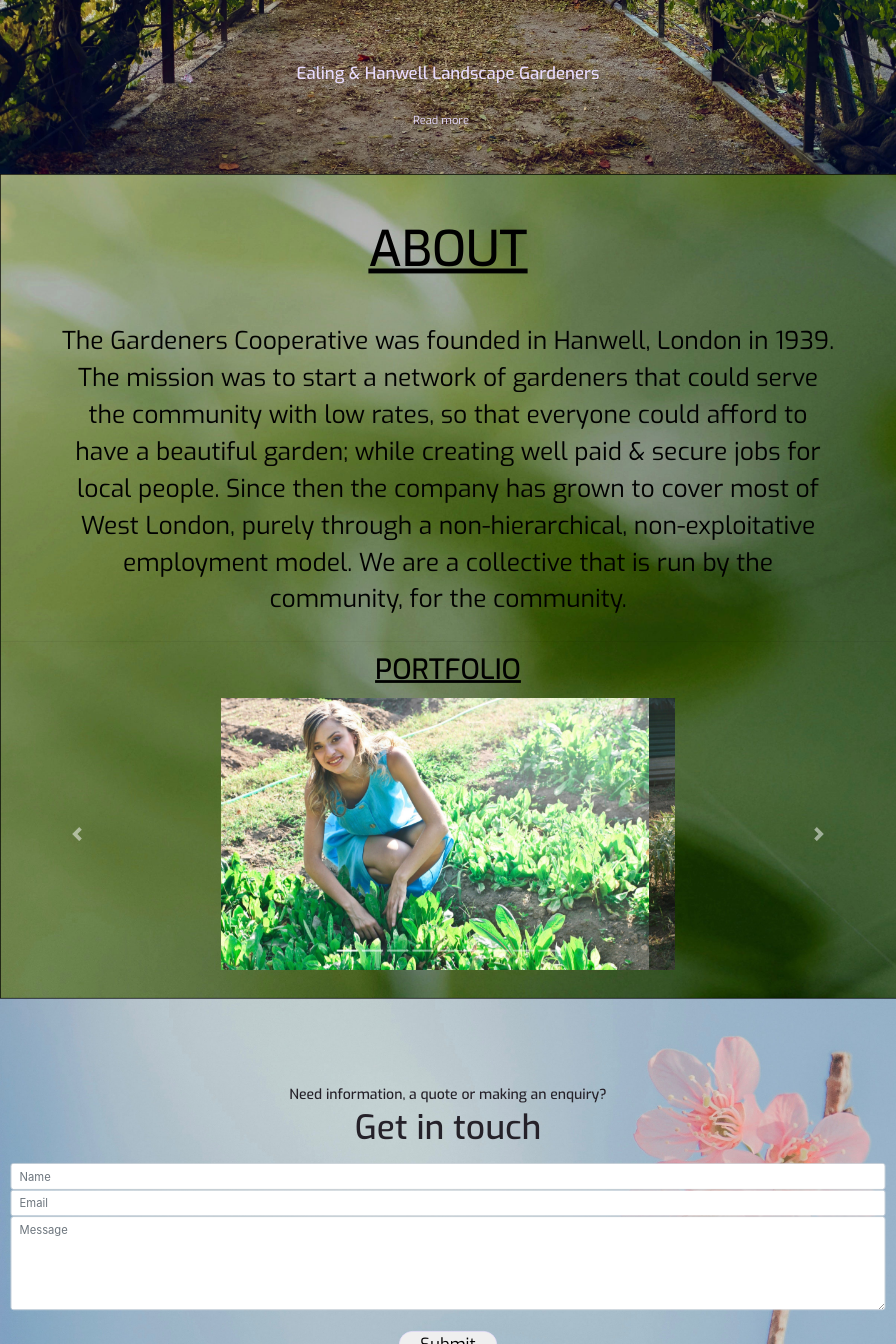
Repository: harrypars0ns/milestone-project
Page: index.html
The author's editor kept a record of every edit. The page is drawn from the files as they stood at one moment, then again after the next edit.
The browser window is 1280 px wide. The pictures show the part of the page from y = 471 to 2391 px (the page is 2568 px tall before and 2596 px after), at 70% of full size.
Backgrounds fixed to the window are drawn as part of the page.

Above is the page before.

### index.html
<!DOCTYPE html>
<html lang="en">

<head>
    <meta charset="UTF-8">
    <meta name="viewport" content="width=device-width, initial-scale=1.0">
    <meta http-equiv="X-UA-Compatible" content="ie=edge">
    <link rel="stylesheet" href="https://stackpath.bootstrapcdn.com/bootstrap/4.3.1/css/bootstrap.min.css" type="text/css" />
    <link rel="stylesheet" href="https://stackpath.bootstrapcdn.com/font-awesome/4.7.0/css/font-awesome.min.css" type="text/css" />
    <link rel="stylesheet" href="assets/css/style.css" type="text/css" />
    <title>Milestone</title>
</head>

<body>
    <!------------------------------------------------------NAV&LANDING>-->
    <div class="landing">
            <nav class='fixed-top container'>
                <div class="row">
                    <div class="col-4">
                        <a href="#about">ABOUT</a>
                    </div>
                    <div class="col-4">
                        <a href="#portfolio">PORTFOLIO</a>
                    </div>
                    <div class="col-4">
                        <a href="#contact">CONTACT</a>
                    </div>
                </div>
            </nav>


        <!-----------------------------------------TITLE---------------->



        <div id="landing" class="view">

            <div class="mask rgba-black-strong">

                <div class="container-fluid d-flex align-items-center justify-content-center h-100">

                    <div class="content row d-flex justify-content-center text-center">

                        <div class="col-md-10">

                            <h2 class="font-weight-bold pt-5 mb-2">The Gardeners Cooperative</h2>



                            <h4>Ealing & Hanwell Landscape Gardeners</h4>
                            <a class='no-underline' href="#about"><button type="button" class="btn btn-large btn-outline">Read more<i class="fas fa-book ml-2"></i></button></a>

                        </div>

                    </div>

                </div>

            </div>

        </div>
    </div>




    <!------------------------------------------------------------------ABOUT->-->



    <div class='about' id='about'>

        <div class="info text-center">
            <div class="">
                <h1>ABOUT</h1>
            </div>

            <div class="container">
                <div class="row">
                    <div class="col">
                        <p>The Gardeners Cooperative was founded in Hanwell, London in 1939. The mission was to start a network of gardeners that could serve the community with low rates, so that everyone could afford to have a beautiful garden; while creating
                            well paid & secure jobs for local people. Since then the company has grown to cover most of West London, purely through a non-hierarchical, non-exploitative employment model. We are a collective that is run by the community,
                            for the community.</p>
                    </div>

                </div>
            </div>

        </div>
        <hr>
        <!-------------------------------------------------------------------PORTFOLIO-->
        <div class="container-fluid portfolio" id='portfolio'>
            <div class="text-center">
                <h1>PORTFOLIO</h1>
            </div>
            <div class="portfolio">
                <div id="carouselExampleIndicators" class="carousel slide" data-ride="carousel">
                    <ol class="carousel-indicators">
                        <li data-target="#carouselExampleIndicators" data-slide-to="0" class="active"></li>
                        <li data-target="#carouselExampleIndicators" data-slide-to="1"></li>
                        <li data-target="#carouselExampleIndicators" data-slide-to="2"></li>
                        <li data-target="#carouselExampleIndicators" data-slide-to="3"></li>
                        <li data-target="#carouselExampleIndicators" data-slide-to="4"></li>
                        <li data-target="#carouselExampleIndicators" data-slide-to="5"></li>
                        <li data-target="#carouselExampleIndicators" data-slide-to="6"></li>
                        <li data-target="#carouselExampleIndicators" data-slide-to="7"></li>
                        <li data-target="#carouselExampleIndicators" data-slide-to="8"></li>

                    </ol>
                    <div class="carousel-inner">
                        <div class="carousel-item active">
                            <img class="d-block w-100 responsive" src="assets/images/lady.jpg" alt="First slide">
                        </div>
                        <div class="carousel-item">
                            <img class="d-block w-100 responsive" src="assets/images/lady2.jpg" alt="Second slide">
                        </div>
                        <div class="carousel-item">
                            <img class="d-block w-100 responsive" src="assets/images/flowers.jpg" alt="Third slide">
                        </div>
                        <div class="carousel-item">
                            <img class="d-block w-100 responsive" src="assets/images/lady4.jpg" alt="Fourth slide">
                        </div>
                        <div class="carousel-item">
                            <img class="d-block w-100 responsive" src="assets/images/bench.jpg" alt="Fifth slide">
                        </div>
                        <div class="carousel-item">
                            <img class="d-block w-100 responsive" src="assets/images/bloom.jpg" alt="Sixth slide">
                        </div>
                        <div class="carousel-item">
                            <img class="d-block w-100 responsive" src="assets/images/lady3.jpg" alt="Seventh slide">
                        </div>
                        <div class="carousel-item">
                            <img class="d-block w-100 responsive" src="assets/images/adult3.jpg" alt="Eighth slide">
                        </div>
                        <div class="carousel-item">
                            <img class="d-block w-100 responsive" src="assets/images/garden.jpg" alt="Nninth slide">
                        </div>
                    </div>
                    <a class="carousel-control-prev" href="#carouselExampleIndicators" role="button" data-slide="prev">
                        <span class="carousel-control-prev-icon" aria-hidden="true"></span>
                        <span class="sr-only">Previous</span>
                    </a>
                    <a class="carousel-control-next" href="#carouselExampleIndicators" role="button" data-slide="next">
                    <span class="carousel-control-next-icon" aria-hidden="true"></span>
                    <span class="sr-only">Next</span>
                    </a>
                </div>


            </div>


        </div>
    </div>

    <!-------------------------------------------------------------------CONTACT-->


    <div class='contact' id='contact'>

        <section class='container-fluid'>
            <div class="row form-page">
                <div class="col">
                    <div class="contact-info">
                        <h5 class='contact-heading question'>Need information, a quote or making an enquiry?</h4>
                            <h2 class='contact-heading'>Get in touch</h2>
                    </div>
                    <div class="form">
                        <form>
                            <input type="text" name="name" id "fullname" class='form-control' placeholder='Name' required/>
                            <input type="email" name="email" id "email" class='form-control' placeholder='Email' required/>
                            <textarea rows='5' name="message" id "message" class='form-control' placeholder='Message' required/></textarea>
                            <div class="submit">
                                <input id='submit' type="submit" value="Submit" />
                            </div>
                        </form>
                    </div>
                </div>
            </div>
        </section>


        <div class="footer" id='footer'>
            <div class="iconwrapper" <a href="#" class="fa fa-facebook">
                </a>
                <a href="#" class="fa inner fa-twitter"></a>
                <a href="#" class="fa inner fa-youtube"></a>
                <a href="#" class="fa inner fa-instagram"></a>
                <a href="#" class="fa inner fa-snapchat-ghost"></a>
                <a href="#" class="fa inner fa-facebook"></a>


            </div>

        </div>
    </div>








    <script src="https://code.jquery.com/jquery-3.3.1.slim.min.js" integrity="sha384-q8i/X+965DzO0rT7abK41JStQIAqVgRVzpbzo5smXKp4YfRvH+8abtTE1Pi6jizo" crossorigin="anonymous"></script>
    <script src="https://cdnjs.cloudflare.com/ajax/libs/popper.js/1.14.7/umd/popper.min.js" integrity="sha384-UO2eT0CpHqdSJQ6hJty5KVphtPhzWj9WO1clHTMGa3JDZwrnQq4sF86dIHNDz0W1" crossorigin="anonymous"></script>
    <script src="https://stackpath.bootstrapcdn.com/bootstrap/4.3.1/js/bootstrap.min.js" integrity="sha384-JjSmVgyd0p3pXB1rRibZUAYoIIy6OrQ6VrjIEaFf/nJGzIxFDsf4x0xIM+B07jRM" crossorigin="anonymous"></script>

</body>

</html>

### assets/css/style.css
@import url('https://fonts.googleapis.com/css?family=Roboto:100,100i,300,300i,400,400i,500,500i,700&display=swap');
@import url('https://fonts.googleapis.com/css?family=Exo:100,200,300,400,500,600,700&display=swap');



/*----------------------------------------- LANDING*/

.landing {
    background-image: url('../images/landing3.jpg');
    height: 100%;
    background-attachment: fixed;
    background-position: bottom;
    background-repeat: no-repeat;
    background-size: cover;
    border: 0px;
    z-index: 1;
    padding-bottom: 10%;
}


body {
    padding: 0;
    background: black;
}

html,
body,
header,
#intro {
    height: 100%;
    width: 100%;
    color: #e8dcff;


}



#intro {

    -webkit-background-size: cover;
    -moz-background-size: cover;
    -o-background-size: cover;
    background-size: cover;
    text-align: center;


}


.content {
    margin-top: 12%;
    font-family: 'Exo', sans-serif;


}

h2 {
    font-size: 3em;
}

h4 {
    padding-top: 50%;
}




.btn-outline {
    color: #e8dcff;
    margin-top: 5%;
}

.btn-outline:hover {
    color: rgba(112, 241, 146, 0.9);
}

/*section {*/

/*    text-align: center;*/

/*}*/

/*-------------------------------------------------------NAV*/


nav {
    color: #e8dcff;
    text-align: center;
    font-family: 'Exo', sans-serif;
    padding: 2%;
    margin: 0;
    background: rgba(0, 0, 0, 0.3);
    background-clip: padding-box;
    width: 100%;


}

nav a {
    color: #e8dcff;
    text-decoration: none;

}



nav a:hover {
    color: #e8dcff;
    right: 0;
    text-decoration: none;
}

nav a:hover:after {
    border-color: #e8dcff;
    right: 0;
}

nav a:after {
    border-radius: 1em;
    border-top: .1em solid #e8dcff;
    content: "";
    position: absolute;
    right: 100%;
    bottom: .14em;
    left: 0;
    transition: right .4s cubic-bezier(0, .5, 0, 1),
    border-color .4s ease-out;
}

nav a:hover:after {
    right: 0;
}





.no-padding {
    padding: 0 !important;
}




/*----------------------------------------- ABOUT*/

.about {

    background-image: url('../images/about.jpg');

    /*background-position: center;*/
    background-repeat: no-repeat;

    background-size: cover;

    border: 0.1px solid rgba(0, 0, 0, 0);

}




.info {


    font-family: "Exo", sans-serif;

    color: #000000;

    margin-top: 15%;

}

.info h1 {

    font-size: 2em;

    text-decoration: underline;

}

.info p {

    font-size: 1em;

    padding-top: 5%;


}

/*----------------------------------------- portfolio*/

.portfolio {
    font-family: "Exo", sans-serif;

    color: #000000;

    margin-top: 1em;

    text-decoration: underline;
}


.carousel {
    margin-bottom: 40px;

}



/*----------------------------------------- CONTACT*/

.contact {

    background-image: url('../images/pink.jpg');
    background-attachment: fixed;
    background-repeat: no-repeat;
    background-size: cover;

}

.contact-info {
    font-family: "Exo", sans-serif;
    text-align: center;
    /*color: #e8dcff;*/
    color: #252129;


    margin-top: 3em;
    margin-bottom: 20px;

}

/*.contact-info h4 {*/
/*    text-decoration: uppercase;*/

/*}*/

.form {
    margin-bottom: 7%;


}

#submit {
    font-family: 'Exo', sans-serif;
    font-size: 150%;
    border: 1px solid #e8dcff;
    border-radius: 50px 50px;
    padding: 0px 30px;
}

.submit {
    text-align: center;
    padding-top: 30px;


}

/*-----------------------------------------ICONS/FOOTER*/

.footer {
    text-align: center;
    padding-bottom: 30px;
    /*padding-bottom: -10px;*/
}

.iconwrappper {}

.icon {
    display: inline-block;
    text-align: center;


}



.fa {
    padding-top: 5px;
    font-size: 30px;
    height: 40px;
    width: 40px;
    text-align: center;
    text-decoration: none;
    border-radius: 50%;
    background: #fff;
    color: white;
    opacity: 0.5;
}

.fa:hover {
    opacity: 0.9;
    text-decoration: none;
    color: #000;
}

.inner {
    padding-left: 1px;
    color: #000;
}

.fa-youtube {
    padding-right: 1px;

}

/*--------------------------------------------MEDIA Queries */

@media (min-height: 750px) {
    h4 {
        margin-top: 70%;
    }
}

@media (max-height: 500px) {
    .btn {
        margin-top: 0px;
    }
    h4 {
        margin-top: 0%;
        padding-top: 0%;
    }
}

@media (min-width: 600px) {
    h4 {
        padding-top: 0px;
    }
    .info {
        margin-top: 5%;
    }
}

@media (min-width: 1000px) {

    h4 {
        margin-top: 50%;
    }



    .info {

        font-size: 2.2em;

    }

    .portfolio h2 {
        padding-top: 50px;
    }

    .carousel {
        padding: 0px 300px;
    }

    .contact-info {
        margin-top: 10%;
    }

}

@media (min-width: 1300px) {
    .form {
        padding-right: 250px;
        padding-left: 250px
    }
}

After the next edit:
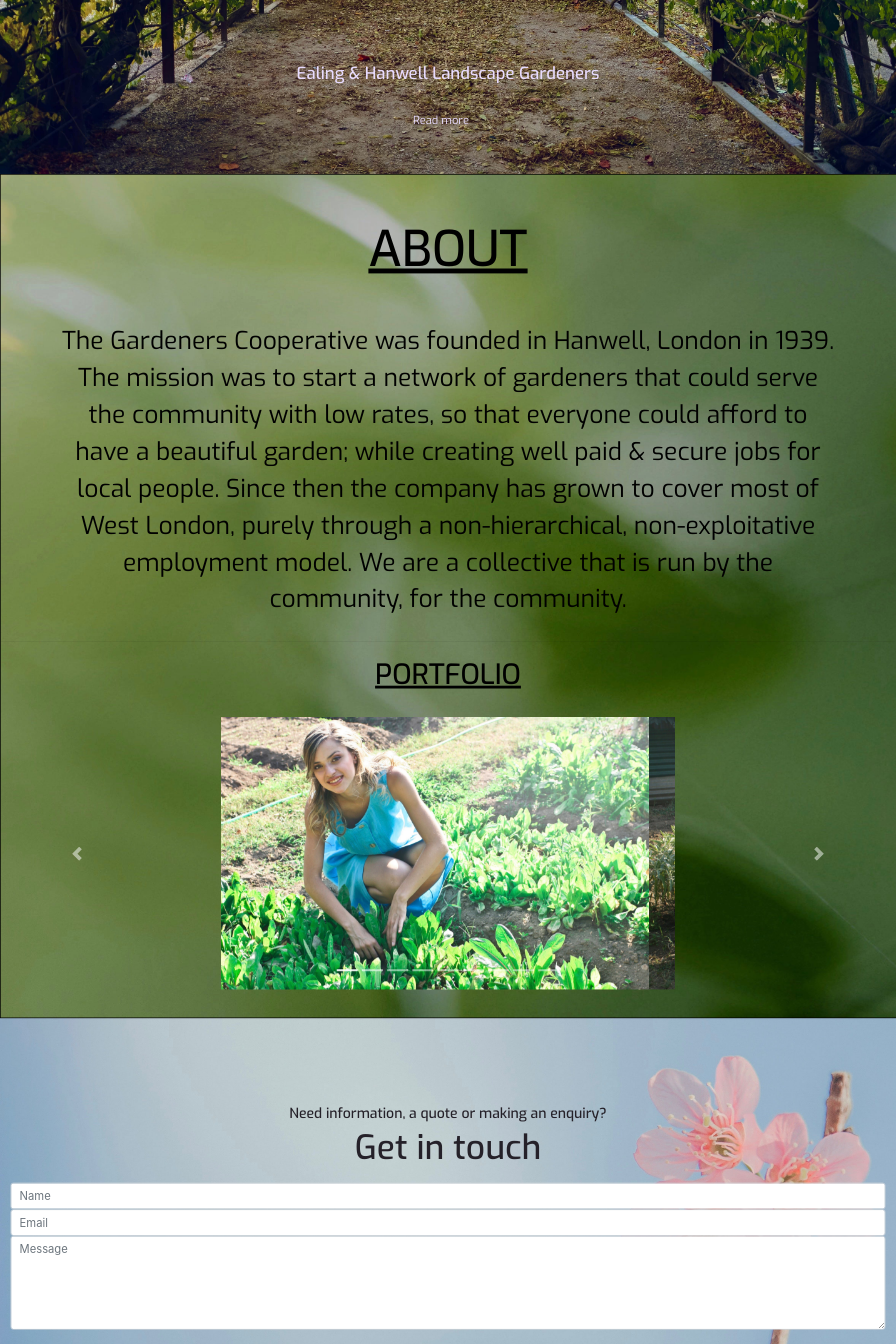
The edit:
--- a/assets/css/style.css
+++ b/assets/css/style.css
@@ -196,6 +196,8 @@
 
     color: #000000;
 
+    font-size: 1.5em;
+
     margin-top: 1em;
 
     text-decoration: underline;
